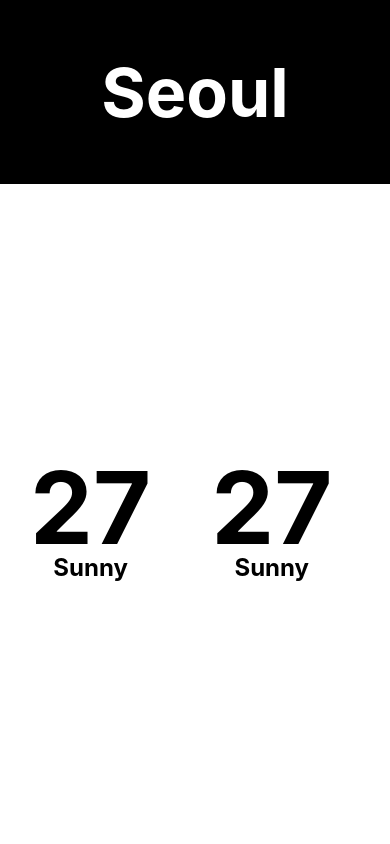
Repository: NewTurn2017/React-Native-Weather-App
Screen: /
These files come from the project's save history. The screen is drawn as it stood at one moment and after the next save; the edit follows.
The app was drawn by React Native's web renderer in a window 390 px wide. The project was rebuilt for these pictures with package versions that can differ from the ones it lists, and the page was loaded fresh each time.

Above is the screen before, as saved 2023-04-21 11:07:19.

After the next save:
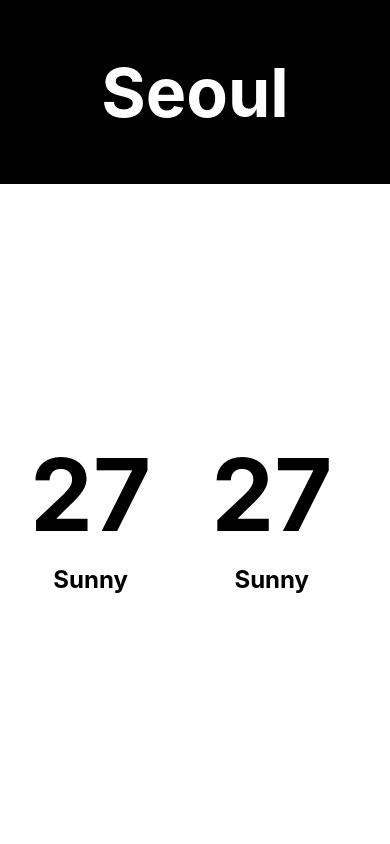
Saved 71 s later.
--- a/App.js
+++ b/App.js
@@ -70,6 +70,6 @@ const styles = StyleSheet.create({
     color: 'black',
     fontSize: 24,
     fontWeight: 'bold',
-    marginTop: -15, // Add marginTop to reduce the gap between temp and description
+    marginTop: 10, // Add marginTop to reduce the gap between temp and description
   },
 })
